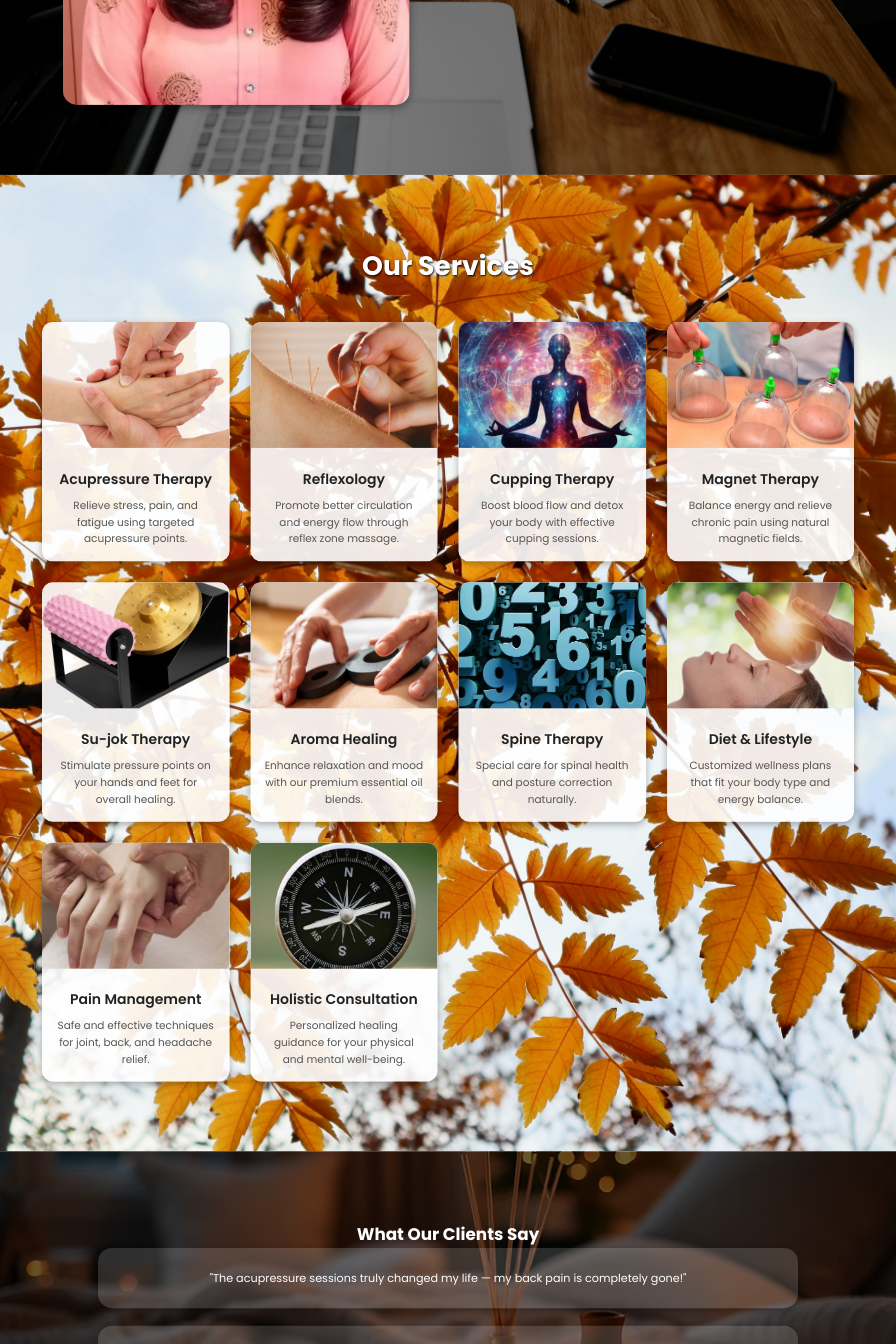
Repository: swasthiik/my-websites
Page: index.html
These files come from the project's save history. The page is drawn as it stood at one moment and after the next save; the edit follows.
The browser window is 1280 px wide. The pictures show the part of the page from y = 1297 to 3217 px (the page is 4036 px tall before and 4159 px after), at 70% of full size.

Above is the page before, as saved 2025-10-28 00:57:18.

After the next save:
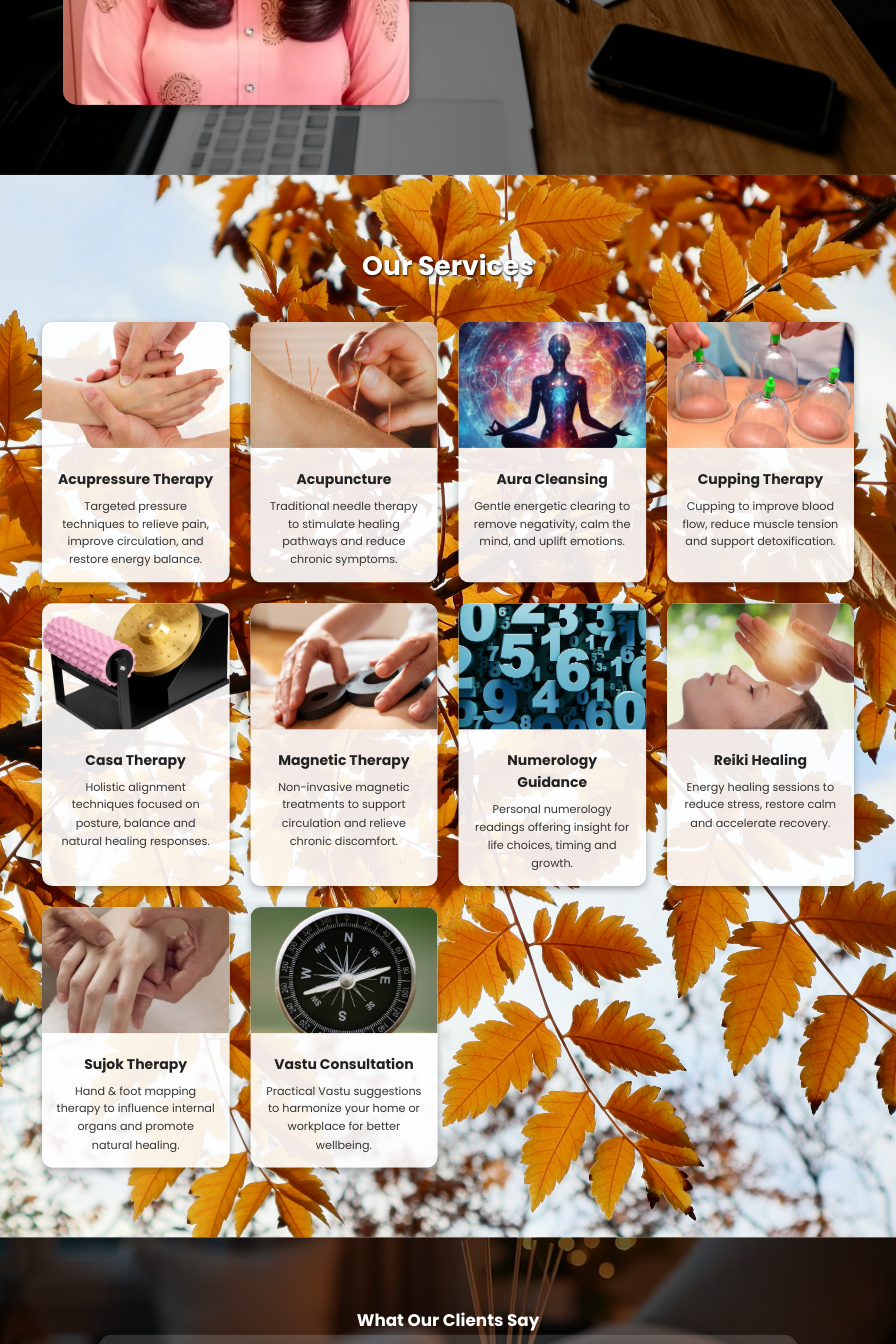
Saved 5 min 41 s later.
--- a/index.html
+++ b/index.html
@@ -208,22 +208,96 @@
     </div>
   </section>
 
+
   <!-- Services -->
-  <section id="services">
-    <h2>Our Services</h2>
+<section id="services" aria-labelledby="services-title">
+  <div class="inner">
+    <h2 id="services-title"><strong>Our Services</strong></h2>
+
     <div class="services-grid">
-      <div class="service-card"><img src="images/service1.jpg"><div class="svc-body"><div class="svc-title">Acupressure Therapy</div><p>Relieve stress, pain, and fatigue using targeted acupressure points.</p></div></div>
-      <div class="service-card"><img src="images/service2.jpg"><div class="svc-body"><div class="svc-title">Reflexology</div><p>Promote better circulation and energy flow through reflex zone massage.</p></div></div>
-      <div class="service-card"><img src="images/service3.jpg"><div class="svc-body"><div class="svc-title">Cupping Therapy</div><p>Boost blood flow and detox your body with effective cupping sessions.</p></div></div>
-      <div class="service-card"><img src="images/service4.jpg"><div class="svc-body"><div class="svc-title">Magnet Therapy</div><p>Balance energy and relieve chronic pain using natural magnetic fields.</p></div></div>
-      <div class="service-card"><img src="images/service5.jpg"><div class="svc-body"><div class="svc-title">Su-jok Therapy</div><p>Stimulate pressure points on your hands and feet for overall healing.</p></div></div>
-      <div class="service-card"><img src="images/service6.jpg"><div class="svc-body"><div class="svc-title">Aroma Healing</div><p>Enhance relaxation and mood with our premium essential oil blends.</p></div></div>
-      <div class="service-card"><img src="images/service7.jpg"><div class="svc-body"><div class="svc-title">Spine Therapy</div><p>Special care for spinal health and posture correction naturally.</p></div></div>
-      <div class="service-card"><img src="images/service8.jpg"><div class="svc-body"><div class="svc-title">Diet & Lifestyle</div><p>Customized wellness plans that fit your body type and energy balance.</p></div></div>
-      <div class="service-card"><img src="images/service9.jpg"><div class="svc-body"><div class="svc-title">Pain Management</div><p>Safe and effective techniques for joint, back, and headache relief.</p></div></div>
-      <div class="service-card"><img src="images/service10.jpg"><div class="svc-body"><div class="svc-title">Holistic Consultation</div><p>Personalized healing guidance for your physical and mental well-being.</p></div></div>
-    </div>
-  </section>
+      <div class="service-card">
+        <img src="images/service1.jpg" alt="Acupressure Therapy">
+        <div class="svc-body">
+          <div class="svc-title"><strong>Acupressure Therapy</strong></div>
+          <div class="svc-text">Targeted pressure techniques to relieve pain, improve circulation, and restore energy balance.</div>
+        </div>
+      </div>
+
+      <div class="service-card">
+        <img src="images/service2.jpg" alt="Acupuncture">
+        <div class="svc-body">
+          <div class="svc-title"><strong>Acupuncture</strong></div>
+          <div class="svc-text">Traditional needle therapy to stimulate healing pathways and reduce chronic symptoms.</div>
+        </div>
+      </div>
+
+      <div class="service-card">
+        <img src="images/service3.jpg" alt="Aura Cleansing">
+        <div class="svc-body">
+          <div class="svc-title"><strong>Aura Cleansing</strong></div>
+          <div class="svc-text">Gentle energetic clearing to remove negativity, calm the mind, and uplift emotions.</div>
+        </div>
+      </div>
+
+      <div class="service-card">
+        <img src="images/service4.jpg" alt="Cupping Therapy">
+        <div class="svc-body">
+          <div class="svc-title"><strong>Cupping Therapy</strong></div>
+          <div class="svc-text">Cupping to improve blood flow, reduce muscle tension and support detoxification.</div>
+        </div>
+      </div>
+
+      <div class="service-card">
+        <img src="images/service5.jpg" alt="Casa Therapy">
+        <div class="svc-body">
+          <div class="svc-title"><strong>Casa Therapy</strong></div>
+          <div class="svc-text">Holistic alignment techniques focused on posture, balance and natural healing responses.</div>
+        </div>
+      </div>
+
+      <div class="service-card">
+        <img src="images/service6.jpg" alt="Magnetic Therapy">
+        <div class="svc-body">
+          <div class="svc-title"><strong>Magnetic Therapy</strong></div>
+          <div class="svc-text">Non-invasive magnetic treatments to support circulation and relieve chronic discomfort.</div>
+        </div>
+      </div>
+
+      <div class="service-card">
+        <img src="images/service7.jpg" alt="Numerology Guidance">
+        <div class="svc-body">
+          <div class="svc-title"><strong>Numerology Guidance</strong></div>
+          <div class="svc-text">Personal numerology readings offering insight for life choices, timing and growth.</div>
+        </div>
+      </div>
+
+      <div class="service-card">
+        <img src="images/service8.jpg" alt="Reiki Healing">
+        <div class="svc-body">
+          <div class="svc-title"><strong>Reiki Healing</strong></div>
+          <div class="svc-text">Energy healing sessions to reduce stress, restore calm and accelerate recovery.</div>
+        </div>
+      </div>
+
+      <div class="service-card">
+        <img src="images/service9.jpg" alt="Sujok Therapy">
+        <div class="svc-body">
+          <div class="svc-title"><strong>Sujok Therapy</strong></div>
+          <div class="svc-text">Hand & foot mapping therapy to influence internal organs and promote natural healing.</div>
+        </div>
+      </div>
+
+      <div class="service-card">
+        <img src="images/service10.jpg" alt="Vastu Consultation">
+        <div class="svc-body">
+          <div class="svc-title"><strong>Vastu Consultation</strong></div>
+          <div class="svc-text">Practical Vastu suggestions to harmonize your home or workplace for better wellbeing.</div>
+        </div>
+      </div>
+    </div>
+  </div>
+</section>
+
 
   <!-- Testimonials -->
   <section id="testimonials">
